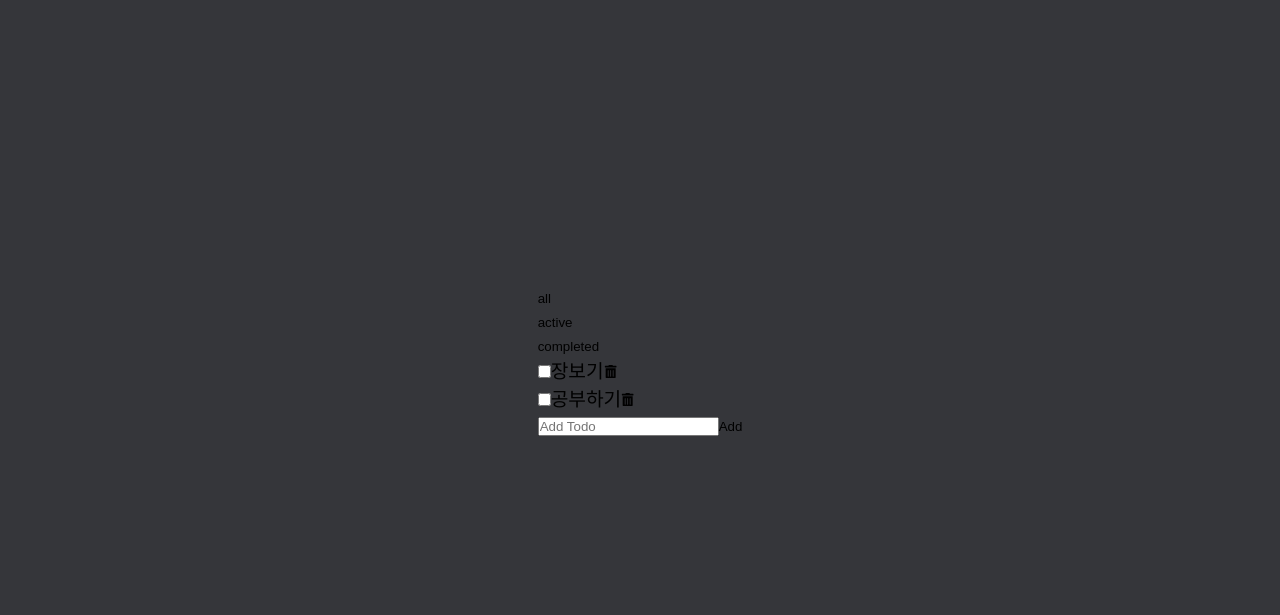
Repository: MrJinkyu/TodoList
Page: /
These files come from the project's save history. The page is drawn as it stood at one moment and after the next save; the edit follows.
The browser window is 1280 px wide. The pictures show the whole page.
The project was rebuilt for these pictures with package versions that can differ from the ones it lists, and the page was loaded fresh each time.

Above is the page before, as saved 2023-05-01 14:32:29.

After the next save:
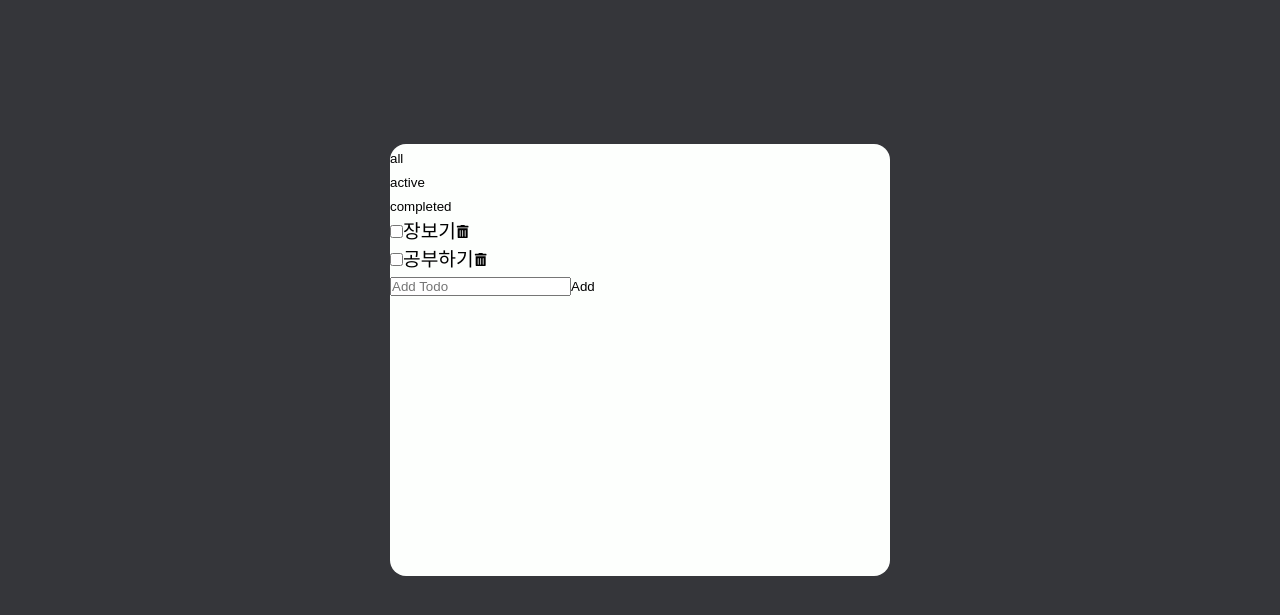
Saved 2 min 33 s later.
--- a/src/index.css
+++ b/src/index.css
@@ -43,6 +43,14 @@ body {
   accent-color: var(--color-accent);
 }
 
+#root{
+  width: 100%;
+  height: 60%;
+  max-width: 500px;
+  background-color: var(--color-bg);
+  border-radius: 1rem;
+}
+
 code {
   font-family: source-code-pro, Menlo, Monaco, Consolas, 'Courier New',
     monospace;
